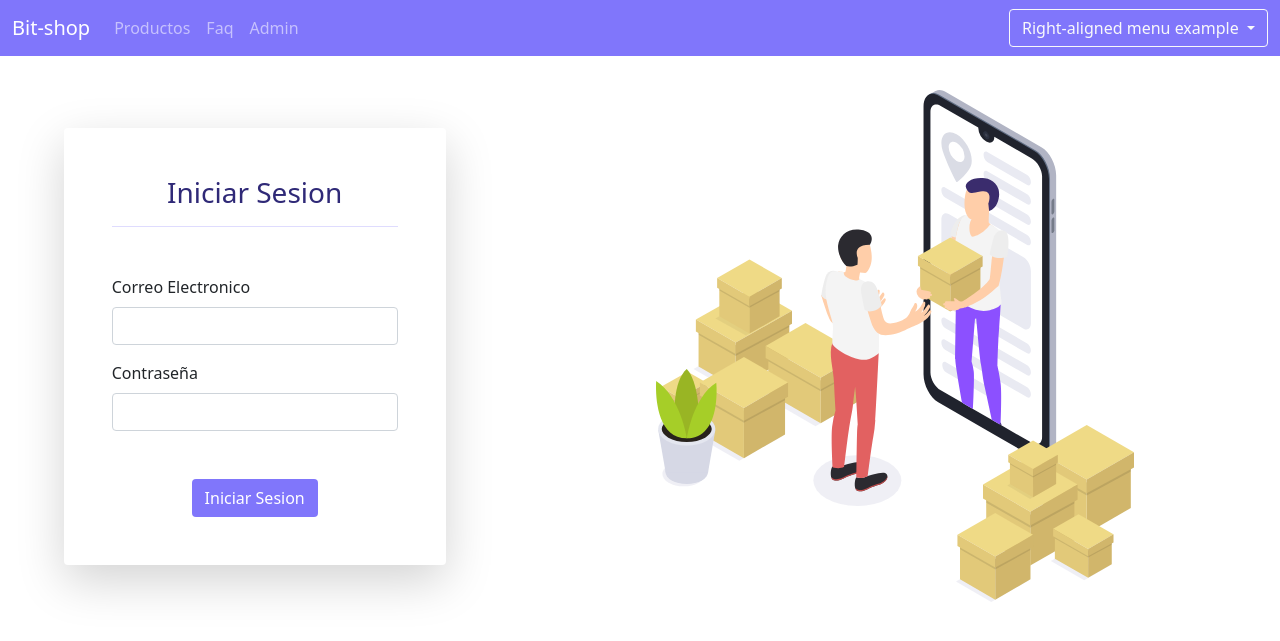
Repository: TzStrikerYT/myClassRoom
Page: /login (app in bit-shop-as/)
An editor plug-in stored every save of this project. The page is shown before and after the next save, followed by the edit.
The browser window is 1280 px wide. The pictures show the whole page.
The project was rebuilt for these pictures with package versions that can differ from the ones it lists, and the page was loaded fresh each time. Also part of the build but not shown: bit-shop-as/angular.json, bit-shop-as/src/app/components/home/home.component.ts, bit-shop-as/src/app/components/page404/page404.component.ts, bit-shop-as/src/app/components/register/register.component.ts.

Above is the page before, as saved 2022-02-25 20:59:38.

### bit-shop-as/src/index.html
<!doctype html>
<html lang="en">
<head>
  <meta charset="utf-8">
  <title>BitShopAs</title>
  <base href="/">
  <meta name="viewport" content="width=device-width, initial-scale=1">
  <link rel="icon" type="image/x-icon" href="favicon.ico">
</head>
<body>
  <app-root></app-root>
</body>
</html>

### bit-shop-as/src/styles.css
/* You can add global styles to this file, and also import other style files */
.bg-purple-pastel {
    background: #8076fb !important;
}

.bg-purple-dark {
    background: #2f2977 !important;
}

.text-purple-dark {
    color: #2f2977 !important;
}

.text-purple-pastel {
    color: #8076fb !important;
}

### bit-shop-as/src/app/app.module.ts
import { NgModule } from '@angular/core';
import { BrowserModule } from '@angular/platform-browser';

import { AppRoutingModule } from './app-routing.module';
import { AppComponent } from './app.component';
import { LoginComponent } from './components/login/login.component';
import { RegisterComponent } from './components/register/register.component';
import { NavbarComponent } from './components/navbar/navbar.component';
import { HomeComponent } from './components/home/home.component';
import { Page404Component } from './components/page404/page404.component';

@NgModule({
  declarations: [
    AppComponent,
    LoginComponent,
    RegisterComponent,
    NavbarComponent,
    HomeComponent,
    Page404Component
  ],
  imports: [
    BrowserModule,
    AppRoutingModule
  ],
  providers: [],
  bootstrap: [AppComponent]
})
export class AppModule { }

### bit-shop-as/src/app/app-routing.module.ts
import { NgModule } from '@angular/core';
import { RouterModule, Routes } from '@angular/router';
import { HomeComponent } from './components/home/home.component';
import { LoginComponent } from './components/login/login.component';
import { Page404Component } from './components/page404/page404.component';
import { RegisterComponent } from './components/register/register.component';

const routes: Routes = [
  { path: 'login', component: LoginComponent },
  { path: 'register', component: RegisterComponent },
  { path: 'home', component: HomeComponent },

  { path: '', redirectTo: '/home', pathMatch: 'full'},
  { path: '**', component: Page404Component}
];

@NgModule({
  imports: [RouterModule.forRoot(routes)],
  exports: [RouterModule],
})
export class AppRoutingModule {}

### bit-shop-as/src/app/app.component.ts
import { Component } from '@angular/core';

@Component({
  selector: 'app-root',
  templateUrl: './app.component.html',
  styleUrls: ['./app.component.css']
})
export class AppComponent {
  title = 'bit-shop-as';
}

### bit-shop-as/src/app/components/navbar/navbar.component.ts
import { Component, OnInit } from '@angular/core';

@Component({
  selector: 'app-navbar',
  templateUrl: './navbar.component.html',
  styleUrls: ['./navbar.component.css']
})
export class NavbarComponent implements OnInit {

  token=true
  user='Michael Cocuy'

  constructor() { }

  ngOnInit(): void {
  }

}

### bit-shop-as/src/app/components/login/login.component.html
<section class="mt-4">

    <div class="row w-100">
        <div class="col-lg-5 py-5 d-flex align-items-center justify-content-center">

            <div class="p-5 shadow-lg rounded w-75">

                <h3 class="text-purple-dark mb-3 text-center">Iniciar Sesion</h3>
                <hr class="mb-5 text-purple-pastel">

                <form>
                    <div class="mb-3">
                      <label for="exampleInputEmail1" class="form-label">Correo Electronico</label>
                      <input type="email" class="form-control" id="exampleInputEmail1" aria-describedby="emailHelp">
                    </div>
                    <div class="mb-3">
                      <label for="exampleInputPassword1" class="form-label">Contraseña</label>
                      <input type="password" class="form-control" id="exampleInputPassword1">
                    </div>
                    <div class="text-center mt-5">
                        <button type="submit" class="btn bg-purple-pastel text-white text-center">Iniciar Sesion</button>
                    </div>
                  </form>

            </div>

        </div>

        <div class="col-lg-7 bg-image">

        </div>

    </div>

</section>

### bit-shop-as/src/app/components/login/login.component.css
.bg-image {
    background: url('../../../assets/img/fondo.svg');
    background-repeat: no-repeat;
    background-size: 64%;
    background-position: center;
}

### bit-shop-as/src/app/components/navbar/navbar.component.html
<nav class="navbar navbar-expand-lg navbar-dark bg-purple-pastel">
  <div class="container-fluid">
    <a class="navbar-brand" href="/home">Bit-shop</a>
    <button
      class="navbar-toggler"
      type="button"
      data-bs-toggle="collapse"
      data-bs-target="#navbarNavAltMarkup"
      aria-controls="navbarNavAltMarkup"
      aria-expanded="false"
      aria-label="Toggle navigation"
    >
      <span class="navbar-toggler-icon"></span>
    </button>
    <div class="collapse navbar-collapse" id="navbarNavAltMarkup">
      <div class="navbar-nav">
        <a class="nav-link" aria-current="page" href="#">Productos</a>
        <a class="nav-link" href="#">Faq</a>
        <a class="nav-link" href="#">Admin</a>
      </div>

      <div class="navbar-nav ms-auto" *ngIf="!token else usserLogged">
        <a class="btn btn-outline-light m-2" href="/login">Iniciar Sesion</a>
        <a class="btn btn-outline-light m-2" href="/register">Registrarse</a>
      </div>

      <ng-template #usserLogged>
        <div class="navbar-nav ms-auto">
            <button type="button" class="btn btn-outline-light dropdown-toggle" data-bs-toggle="dropdown" aria-expanded="false">
                Right-aligned menu example
              </button>
              <ul class="dropdown-menu dropdown-menu-end">
                <li><button class="dropdown-item" type="button">Action</button></li>
                <li><button class="dropdown-item" type="button">Another action</button></li>
                <li><button class="dropdown-item" type="button">Something else here</button></li>
              </ul>
          </div>
      </ng-template>

    </div>
  </div>
</nav>

Loaded but not shown: bit-shop-as/src/main.ts (common file); bit-shop-as/src/environments/environment.ts (common file); bit-shop-as/src/app/components/login/login.component.ts (common file); bit-shop-as/src/app/app.component.html (common file); bit-shop-as/src/app/app.component.css (no stored copy; drawn as an empty file); bit-shop-as/src/app/components/navbar/navbar.component.css (no stored copy; drawn as an empty file)

After the next save:
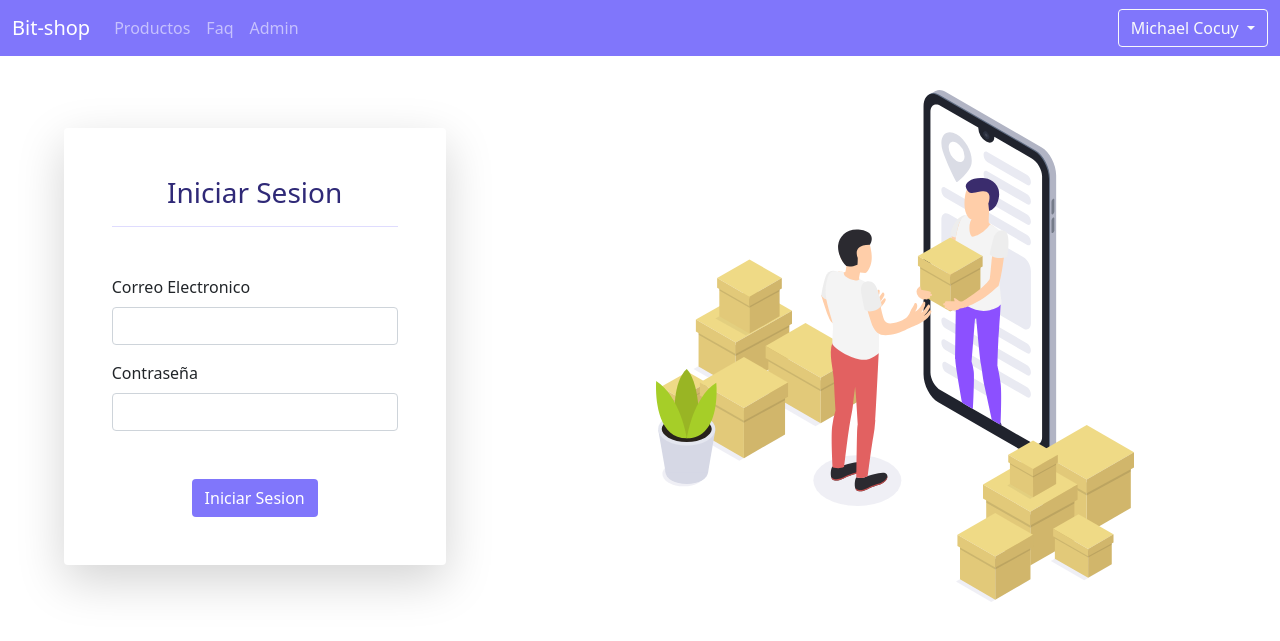
Saved 27 s later.
--- a/bit-shop-as/src/app/components/navbar/navbar.component.html
+++ b/bit-shop-as/src/app/components/navbar/navbar.component.html
@@ -27,7 +27,7 @@
       <ng-template #usserLogged>
         <div class="navbar-nav ms-auto">
             <button type="button" class="btn btn-outline-light dropdown-toggle" data-bs-toggle="dropdown" aria-expanded="false">
-                Right-aligned menu example
+                {{ user }}
               </button>
               <ul class="dropdown-menu dropdown-menu-end">
                 <li><button class="dropdown-item" type="button">Action</button></li>
